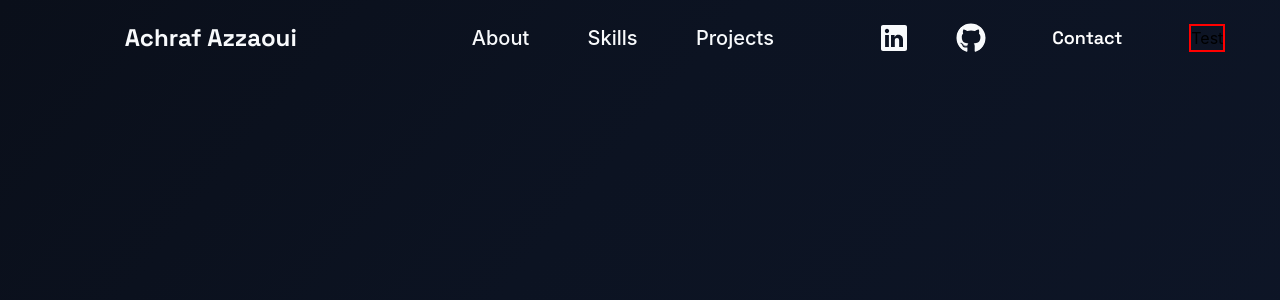
Repository: AchrafAzzaoui/Portfolio-Website
Page: / (app in achrafs-portfolio/)
The author's editor kept a copy of each file at every save. The page is drawn from the files as they stood at one save, then again after the next save.
The browser window is 1280 px wide. The pictures show the whole page.
Some web fonts or font styles are not loaded; a fallback is used. The project was rebuilt for these pictures with package versions that can differ from the ones it lists, and the page was loaded fresh each time. Also part of the build but not shown: achrafs-portfolio/vite.config.ts.

Above is the page before, as saved 2025-01-03 15:02:31.

After the next save:
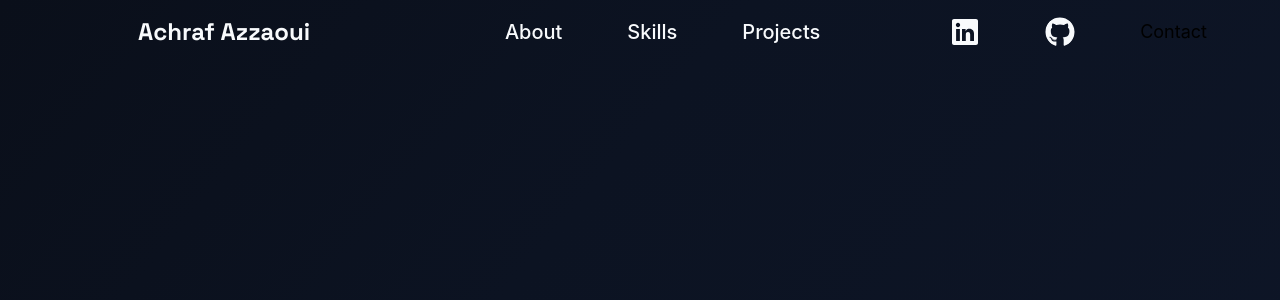
Saved 45 s later.
--- a/achrafs-portfolio/src/components/layout/Header.tsx
+++ b/achrafs-portfolio/src/components/layout/Header.tsx
@@ -46,9 +46,10 @@ export default function Header() {
             <FaGithub className="text-3xl rounded-full text-dark-text-primary" />
           </a>
           <button
-            className="
-    relative inline-block px-5 py-2 font-semibold font-display
-    rounded-md border-2 border-red-500 bg-transparent text-white "
+            className="border-2 border-purple-500"
+            //           className="
+            //   relative inline-block px-5 py-2 font-semibold font-display
+            //   rounded-md border-2 border-purple-500 bg-transparent text-white
             //   overflow-hidden group hover:border-purple-500
             //   before:absolute before:content-[''] before:inset-0
             //   before:-translate-x-full before:bg-gradient-to-r before:from-purple-600
@@ -60,7 +61,6 @@ export default function Header() {
           >
             <span className="relative z-10 text-lg">Contact</span>
           </button>
-          <button style={{ border: "2px solid red" }}>Test</button>
         </div>
       </nav>
     </header>
